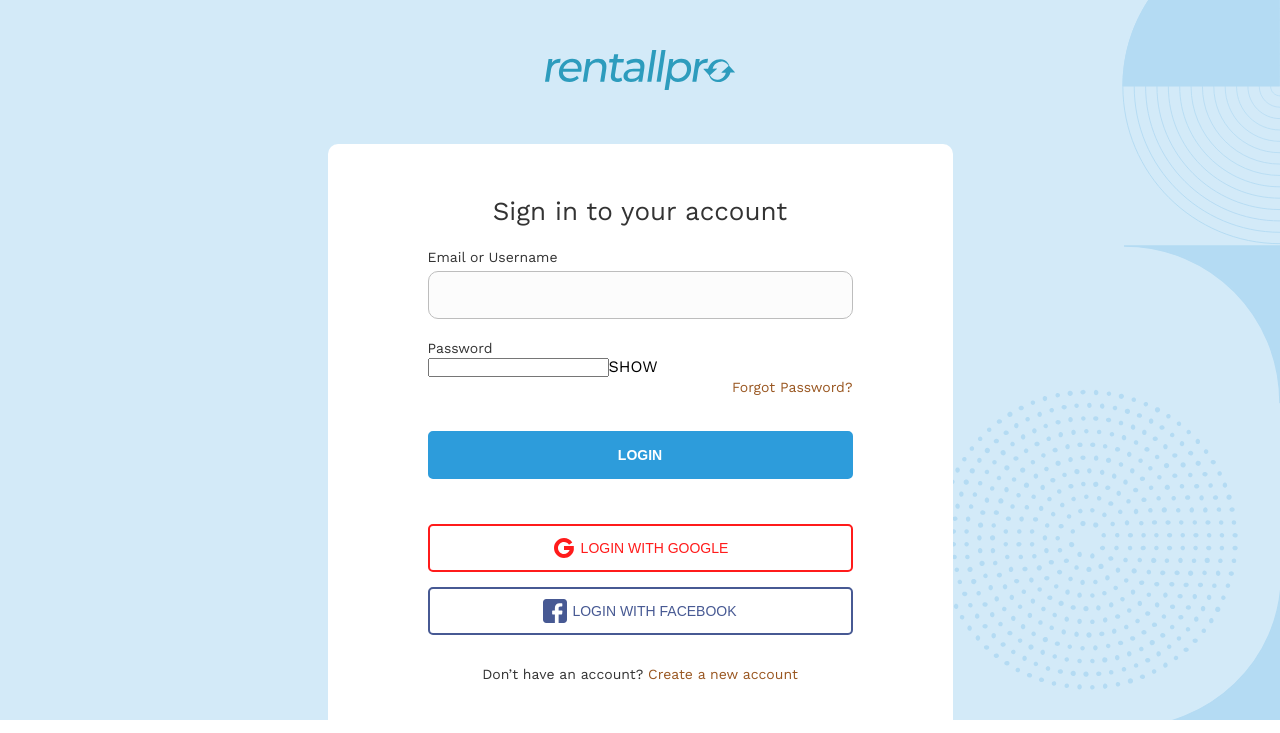
Repository: RentallPro/rentallpro-frontend
Page: /
These files come from the project's save history. The page is drawn as it stood at one moment and after the next save; the edit follows.
The browser window is 1280 px wide. The pictures show the whole page.
The project was rebuilt for these pictures with package versions that can differ from the ones it lists, and the page was loaded fresh each time.

Above is the page before, as saved 2020-12-10 00:16:50.

After the next save:
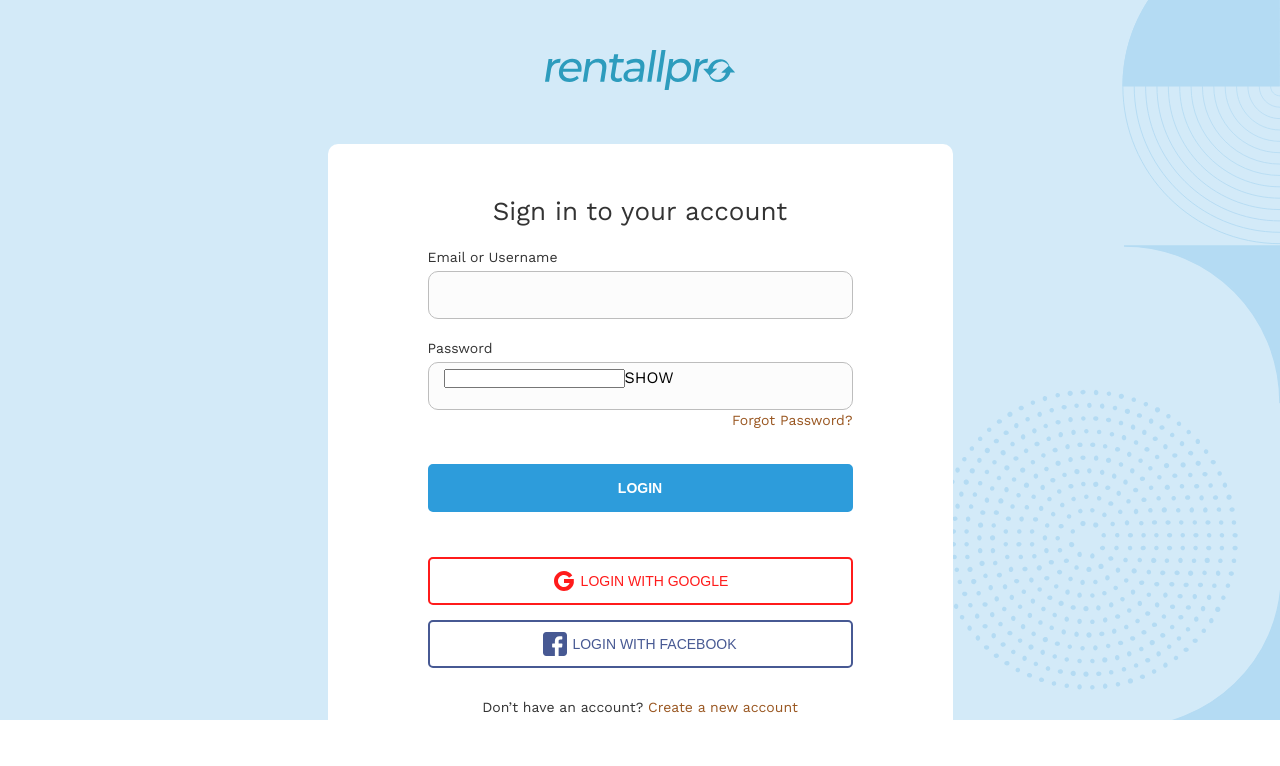
Saved 28 s later.
--- a/src/views/Auth/Home.vue
+++ b/src/views/Auth/Home.vue
@@ -10,7 +10,7 @@
         </div>
         <div class="input">
           <label for="password">Password</label>
-          <div>
+          <div class="input-box ">
             <input :type='passwordFieldType' v-model="password">
             <span>SHOW</span>
           </div>
